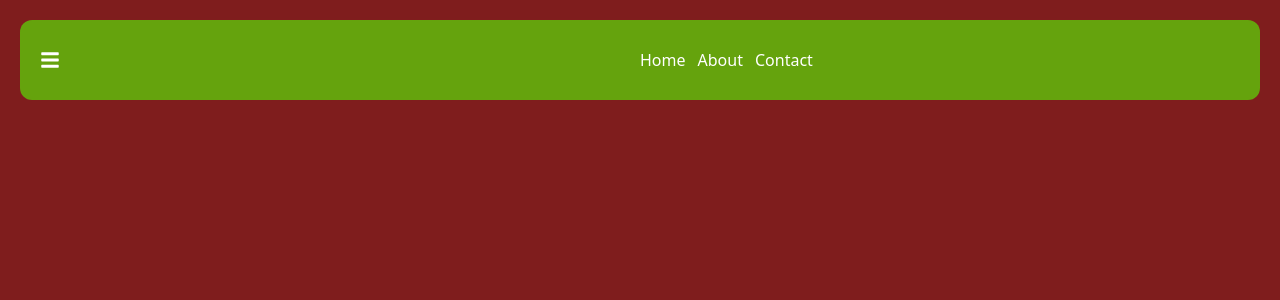
Repository: farrelmuhammad/redesign-bo
Page: /
These files come from the project's save history. The page is drawn as it stood at one moment and after the next save; the edit follows.
The browser window is 1280 px wide. The pictures show the whole page.
The project was rebuilt for these pictures with package versions that can differ from the ones it lists, and the page was loaded fresh each time. Also part of the build but not shown: src/App.css.

Above is the page before, as saved 2024-03-02 18:59:40.

### src/App.tsx
import React from 'react';
import logo from './logo.svg';
import './App.css';
import Navbar from './components/Navbar';

function App() {
  return (
    <section className='bg-red-900 h-screen w-screen flex font-poppins text-white'>
      <Navbar />
    </section>
  );
}

export default App;

### src/components/Navbar.tsx
import React from 'react'
import { FaBars } from "react-icons/fa";

const Navbar = () => {
    return (
        <nav className='bg-lime-600 h-20 w-full flex flex-row justify-between items-center px-5 m-5 rounded-xl'>
            <div className="flex flex-1 justify-start items-center">
                <button className='text-xl hover:text-black'>
                    <FaBars />
                </button>
            </div>
            <div className="flex flex-1 flex-row gap-3 justify-start items-end">
                <button>Home</button>
                <button>About</button>
                <button>Contact</button>
            </div>
        </nav>
    )
}

export default Navbar

Loaded but not shown: public/index.html (common file); src/index.tsx (common file); src/index.css (common file); src/reportWebVitals.ts (common file); tailwind.config.js (common file)

After the next save:
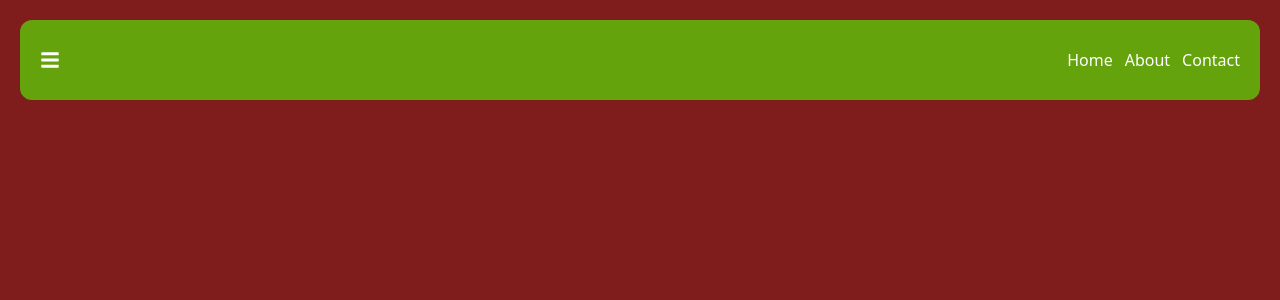
Saved 4 s later.
--- a/src/components/Navbar.tsx
+++ b/src/components/Navbar.tsx
@@ -9,7 +9,7 @@ const Navbar = () => {
                     <FaBars />
                 </button>
             </div>
-            <div className="flex flex-1 flex-row gap-3 justify-start items-end">
+            <div className="flex flex-1 flex-row gap-3 justify-end items-end">
                 <button>Home</button>
                 <button>About</button>
                 <button>Contact</button>
